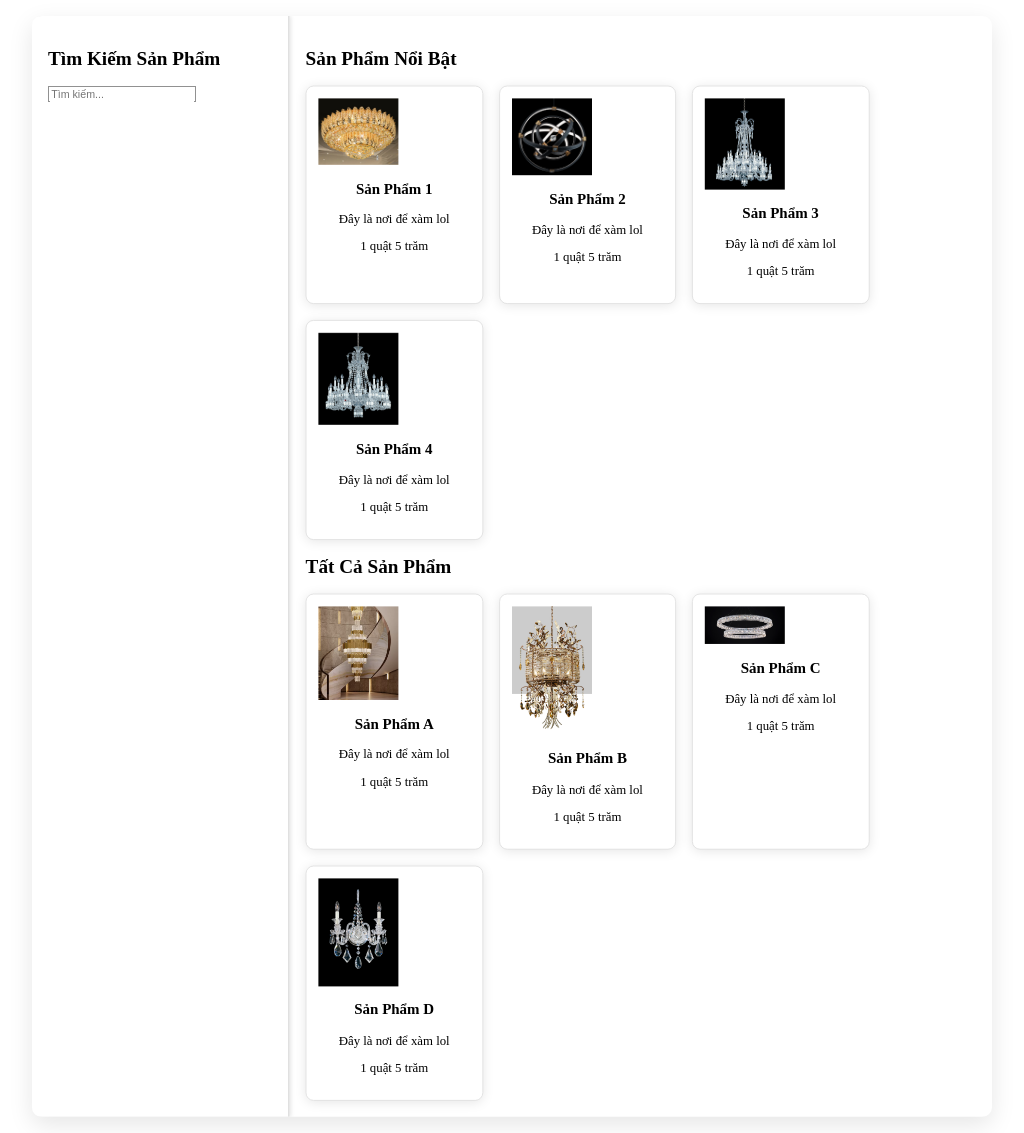
Repository: Nghia251506/eproject
Page: http://localhost/eproject/app/views/product.php
An editor plug-in stored every save of this project. The page is shown before and after the next save, followed by the edit.
The browser window is 1280 px wide. The pictures show the whole page, at 80% of full size.
The page is run by PHP 8.4 with error messages shown; the project is at /var/www/html/.

Above is the page before, as saved 2024-10-05 18:51:57.

### app/views/product.php
<!DOCTYPE html>
<html lang="vi">
<head>
    <meta charset="UTF-8">
    <meta name="viewport" content="width=device-width, initial-scale=1.0">
    <title>product</title>
    <link rel="stylesheet" href="http://localhost/eproject/app/assets/css/product.css"> <!-- Bạn có thể thêm CSS tại đây -->
</head>
<body>
<div class="container-product">
        <aside class="sidebar">
            <h2>Tìm Kiếm Sản Phẩm</h2>
            <input type="text" placeholder="Tìm kiếm...">
        </aside>

        <main class="main-content">
            <section class="featured-products">
                <h2>Sản Phẩm Nổi Bật</h2>
                <div class="product-row">
                    <div class="product">
                        <img src="http://localhost/eproject/app/assets/data/den1.png" alt="Sản phẩm 1" />
                        <h3>Sản Phẩm 1</h3>
                        <p>Đây là nơi để xàm lol</p>
                        <p>1 quật 5 trăm</p>
                    </div>
                    <div class="product">
                        <img src="http://localhost/eproject/app/assets/data/den2.png" alt="Sản phẩm 2" />
                        <h3>Sản Phẩm 2</h3>
                        <p>Đây là nơi để xàm lol</p>
                        <p>1 quật 5 trăm</p>
                    </div>
                    <div class="product">
                        <img src="http://localhost/eproject/app/assets/data/den3.png" alt="Sản phẩm 3" />
                        <h3>Sản Phẩm 3</h3>
                        <p>Đây là nơi để xàm lol</p>
                        <p>1 quật 5 trăm</p>
                    </div>
                    <div class="product">
                        <img src="http://localhost/eproject/app/assets/data/den4.png" alt="Sản phẩm 4" />
                        <h3>Sản Phẩm 4</h3>
                        <p>Đây là nơi để xàm lol</p>
                        <p>1 quật 5 trăm</p>
                    </div>
                </div>
            </section>

            <section class="all-products">
                <h2>Tất Cả Sản Phẩm</h2>
                <div class="product-row">
                    <div class="product">
                        <img src="http://localhost/eproject/app/assets/data/den5.png" alt="Sản phẩm A" />
                        <h3>Sản Phẩm A</h3>
                        <p>Đây là nơi để xàm lol</p>
                        <p>1 quật 5 trăm</p>
                    </div>
                    <div class="product">
                        <img src="http://localhost/eproject/app/assets/data/den6.png" alt="Sản phẩm B" />
                        <h3>Sản Phẩm B</h3>
                        <p>Đây là nơi để xàm lol</p>
                        <p>1 quật 5 trăm</p>
                    </div>
                    <div class="product">
                        <img src="http://localhost/eproject/app/assets/data/den7.png" alt="Sản phẩm C" />
                        <h3>Sản Phẩm C</h3>
                        <p>Đây là nơi để xàm lol</p>
                        <p>1 quật 5 trăm</p>
                    </div>
                    <div class="product">
                        <img src="http://localhost/eproject/app/assets/data/den8.png" alt="Sản phẩm D" />
                        <h3>Sản Phẩm D</h3>
                        <p>Đây là nơi để xàm lol</p>
                        <p>1 quật 5 trăm</p>
                    </div>
                </div>
                <!-- Them sp o duoi -->
            </section>
        </main>
    </div>
</body>
</html>

### app/assets/css/product.css
/* Container sản phẩm           */
/* ============================= */
.container-product {
    display: flex;
    max-width: 1200px;
    margin: 20px auto;
    background-color: #fff;
    border-radius: 12px; /* Bo góc lớn hơn */
    box-shadow: 0 10px 30px rgba(0, 0, 0, 0.1);
    overflow: hidden;
}

/* ============================= */
/* Sidebar                      */
/* ============================= */
.sidebar {
    width: 280px; /* Chiều rộng sidebar */
    padding: 20px;
    background-color: #ffffff; /* Màu nền trắng cho sidebar */
    border-right: 2px solid #e0e0e0;
    box-shadow: 2px 0 5px rgba(0, 0, 0, 0.1); /* Đổ bóng bên phải */
    transition: background-color 0.3s;
}

.sidebar:hover {
    background-color: #f1f1f1; /* Hiệu ứng hover */
}

.sidebar__title {
    margin-top: 0;
    font-size: 1.8em;
    color: #333;
    text-align: center;
}

.sidebar__search-input {
    width: 100%;
    padding: 12px;
    margin-top: 15px;
    border: 1px solid #007BFF;
    border-radius: 5px;
    font-size: 1.1em;
    box-shadow: 0 1px 3px rgba(0, 0, 0, 0.1);
    transition: border-color 0.3s, box-shadow 0.3s;
}

.sidebar__search-input:focus {
    border-color: #0056b3;
    outline: none;
    box-shadow: 0 0 5px rgba(0, 86, 179, 0.5);
}

/* ============================= */
/* Nội dung chính              */
/* ============================= */
.main-content {
    flex-grow: 1;
    padding: 20px;
}

.products__section {
    margin-bottom: 40px;
}

.products__section h2 {
    font-size: 1.6em;
    color: #333;
    border-bottom: 3px solid #007BFF;
    padding-bottom: 10px;
}

/* ============================= */
/* Dòng sản phẩm               */
/* ============================= */
.product-row {
    display: flex;
    flex-wrap: wrap;
    gap: 20px;
}

/* ============================= */
/* Sản phẩm                    */
/* ============================= */
.product {
    background-color: #fff;
    border: 1px solid #ddd;
    border-radius: 10px;
    padding: 15px;
    text-align: center;
    transition: transform 0.3s, box-shadow 0.3s;
    width: calc(25% - 20px);
    box-shadow: 0 2px 15px rgba(0, 0, 0, 0.1);
    position: relative; /* Để dễ dàng tạo hiệu ứng overlay */
}

.product:hover {
    transform: translateY(-5px); /* Di chuyển lên khi hover */
    box-shadow: 0 12px 30px rgba(0, 0, 0, 0.2);
}

.product__image {
    max-width: 100%;
    height: auto;
    border-radius: 5px;
    transition: transform 0.3s; /* Hiệu ứng phóng to */
}

.product:hover .product__image {
    transform: scale(1.05); /* Phóng to hình ảnh khi hover */
}

.product__title {
    margin: 10px 0 5px;
    font-size: 1.2em;
    color: #333;
}

.product__description {
    margin: 5px 0;
    color: #666;
}

/* ============================= */
/* Căn chỉnh hình ảnh sản phẩm  */
/* ============================= */
.container-product img {
    display: block;
    margin-bottom: 15px;
    max-width: 100px;
}

After the next save:
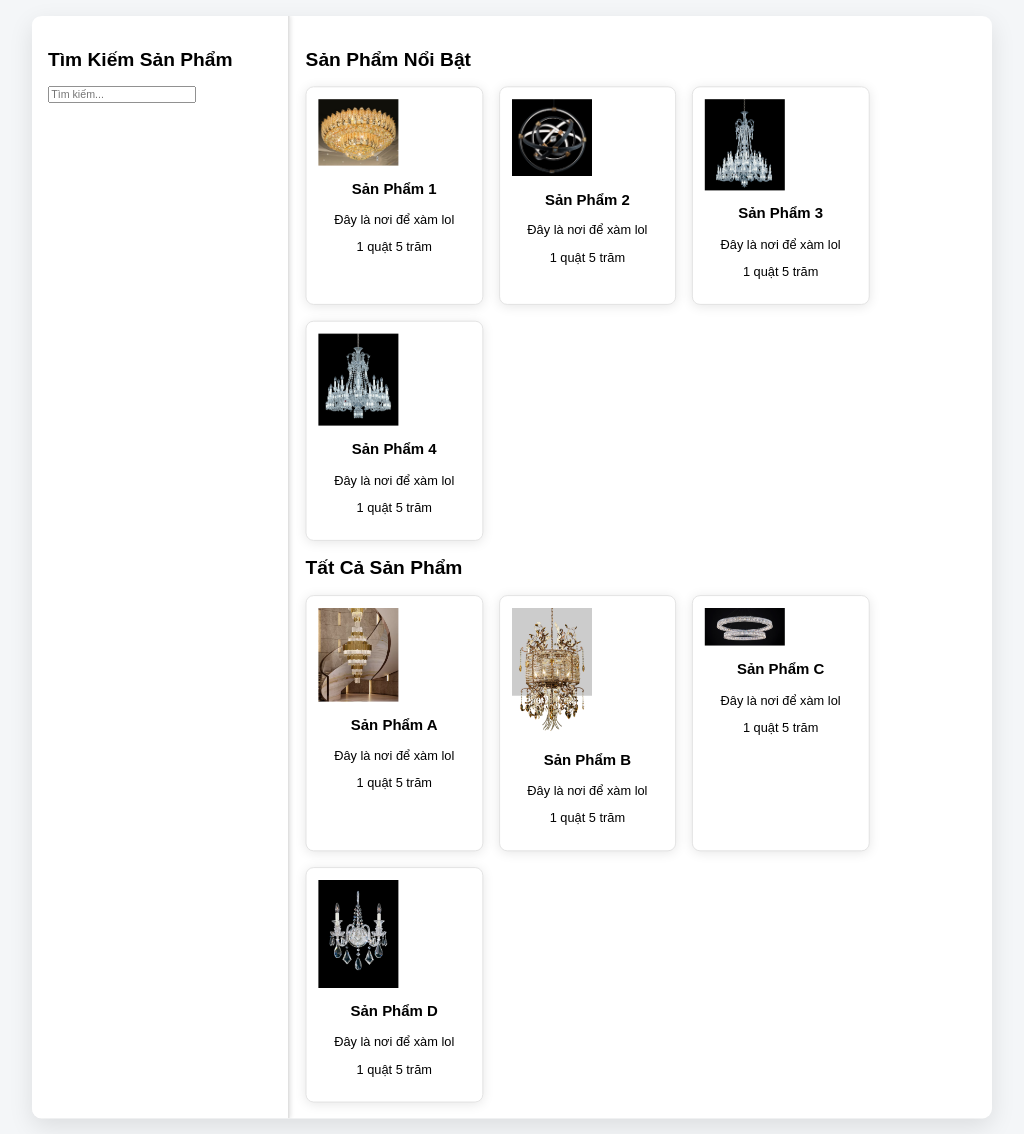
Saved 58 s later.
--- a/app/assets/css/product.css
+++ b/app/assets/css/product.css
@@ -1,3 +1,14 @@
+/* ============================= */
+/* Toàn bộ trang               */
+/* ============================= */
+body {
+    font-family: 'Arial', sans-serif;
+    margin: 0;
+    padding: 0;
+    background-color: #f4f6f8; /* Màu nền sáng hơn */
+}
+
+/* ============================= */
 /* Container sản phẩm           */
 /* ============================= */
 .container-product {
@@ -7,7 +18,7 @@
     background-color: #fff;
     border-radius: 12px; /* Bo góc lớn hơn */
     box-shadow: 0 10px 30px rgba(0, 0, 0, 0.1);
-    overflow: hidden;
+    overflow: hidden; /* Ẩn viền cho gọn */
 }
 
 /* ============================= */
@@ -17,7 +28,7 @@
     width: 280px; /* Chiều rộng sidebar */
     padding: 20px;
     background-color: #ffffff; /* Màu nền trắng cho sidebar */
-    border-right: 2px solid #e0e0e0;
+    border-right: 2px solid #e0e0e0; /* Đường viền bên phải */
     box-shadow: 2px 0 5px rgba(0, 0, 0, 0.1); /* Đổ bóng bên phải */
     transition: background-color 0.3s;
 }
@@ -33,21 +44,43 @@
     text-align: center;
 }
 
+/* ============================= */
+/* Thanh tìm kiếm sản phẩm      */
+/* ============================= */
 .sidebar__search-input {
     width: 100%;
-    padding: 12px;
+    padding: 12px 15px;
     margin-top: 15px;
-    border: 1px solid #007BFF;
-    border-radius: 5px;
-    font-size: 1.1em;
-    box-shadow: 0 1px 3px rgba(0, 0, 0, 0.1);
+    border: 1px solid #007BFF; /* Đường viền màu xanh */
+    border-radius: 25px; /* Bo góc tròn cho thanh tìm kiếm */
+    font-size: 1em;
+    box-shadow: 0 1px 5px rgba(0, 0, 0, 0.1);
     transition: border-color 0.3s, box-shadow 0.3s;
+    outline: none; /* Xóa outline mặc định */
 }
 
 .sidebar__search-input:focus {
-    border-color: #0056b3;
-    outline: none;
-    box-shadow: 0 0 5px rgba(0, 86, 179, 0.5);
+    border-color: #0056b3; /* Màu viền khi focus */
+    box-shadow: 0 0 5px rgba(0, 86, 179, 0.5); /* Đổ bóng nhẹ khi focus */
+}
+
+/* Nút tìm kiếm */
+.sidebar__search-button {
+    padding: 12px 20px;
+    margin-top: 15px;
+    background-color: #007BFF; /* Nền màu xanh */
+    color: white; /* Màu chữ trắng */
+    border: none; /* Không có viền */
+    border-radius: 25px; /* Bo góc giống thanh tìm kiếm */
+    font-size: 1em;
+    cursor: pointer; /* Con trỏ tay khi hover */
+    transition: background-color 0.3s, transform 0.2s;
+    display: inline-block; /* Để hiển thị bên cạnh input */
+}
+
+.sidebar__search-button:hover {
+    background-color: #0056b3; /* Màu nền khi hover */
+    transform: translateY(-2px); /* Di chuyển nhẹ lên khi hover */
 }
 
 /* ============================= */

After the save that followed:
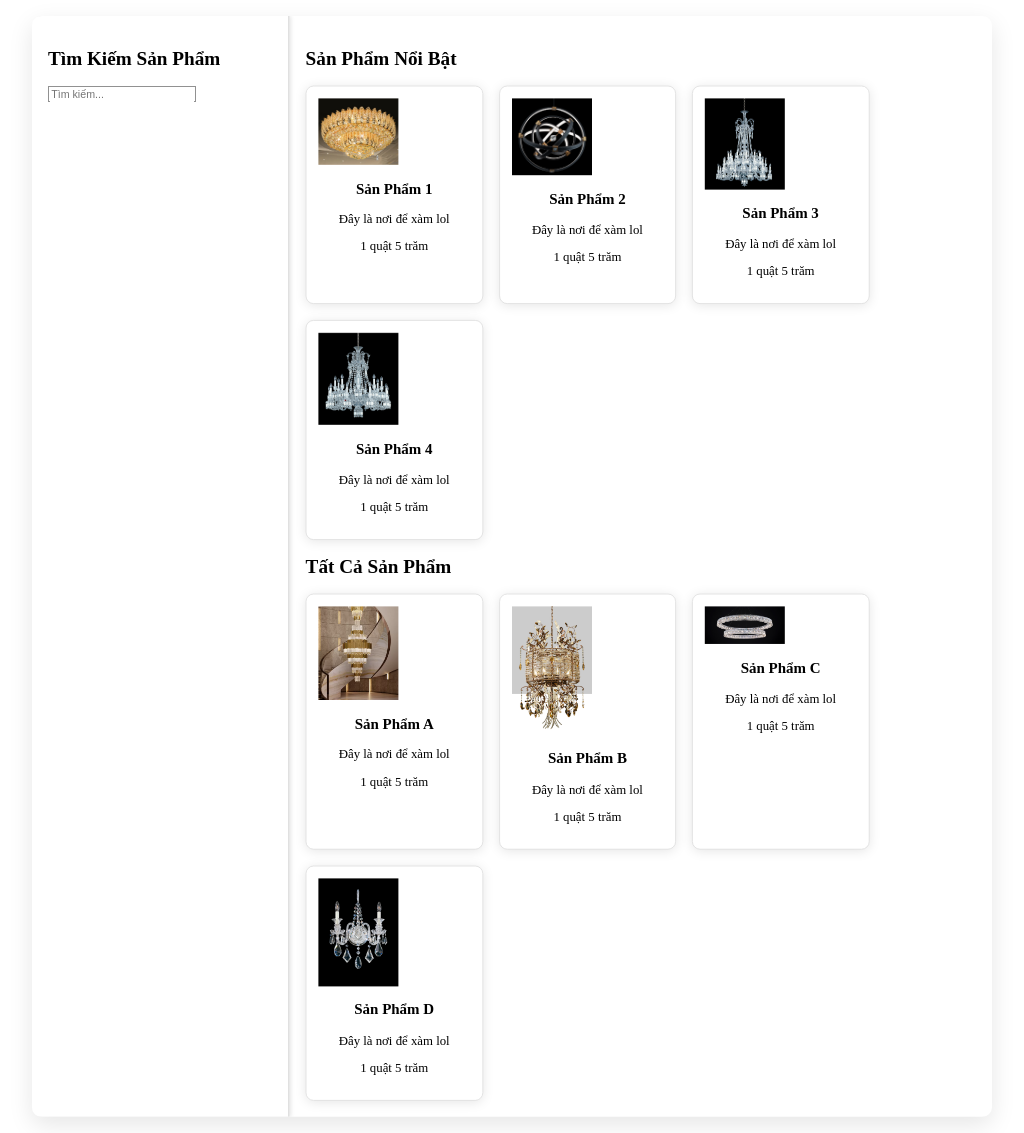
Saved 12 s later.
--- a/app/assets/css/product.css
+++ b/app/assets/css/product.css
@@ -1,12 +1,4 @@
-/* ============================= */
-/* Toàn bộ trang               */
-/* ============================= */
-body {
-    font-family: 'Arial', sans-serif;
-    margin: 0;
-    padding: 0;
-    background-color: #f4f6f8; /* Màu nền sáng hơn */
-}
+
 
 /* ============================= */
 /* Container sản phẩm           */
